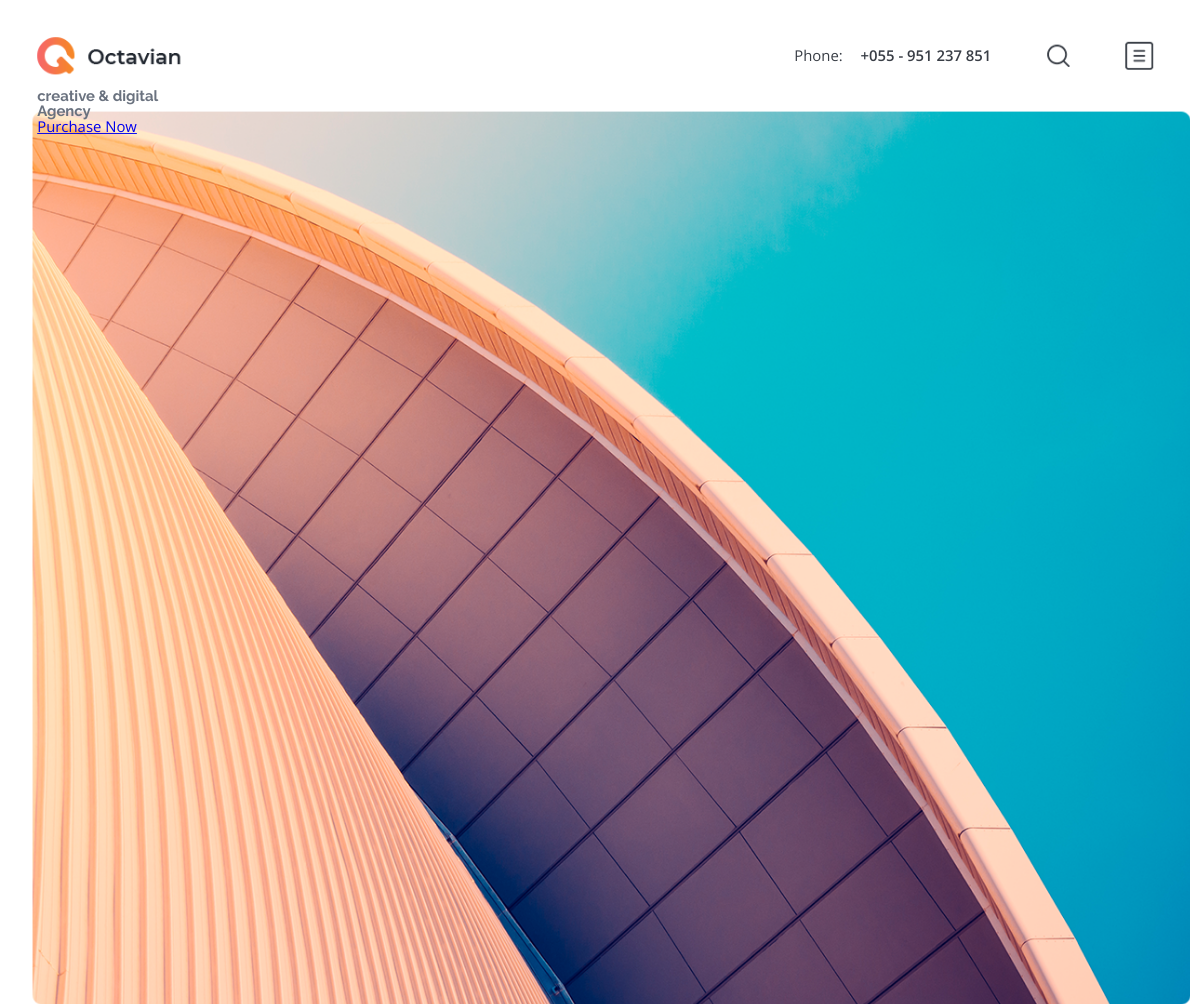
Repository: kate30980/LP-practiceoctavian
Page: index.html
These files come from the project's save history. The page is drawn as it stood at one moment and after the next save; the edit follows.
The browser window is 1280 px wide. The pictures show the whole page, at 93% of full size.
The style sheet was rebuilt from its Sass, Less or Tailwind sources for each picture, by a compiler version that may differ from the author's.

Above is the page before, as saved 2021-08-25 08:58:12.

### index.html
<!DOCTYPE html>
<html lang="en">

<head>
    <meta charset="UTF-8">
    <meta http-equiv="X-UA-Compatible" content="IE=edge">
    <meta name="viewport" content="width=device-width, initial-scale=1.0">
    <title>Octavian LP</title>
    <script type="module" src="https://unpkg.com/ionicons@5.5.2/dist/ionicons/ionicons.esm.js"></script>
    <script nomodule src="https://unpkg.com/ionicons@5.5.2/dist/ionicons/ionicons.js"></script>
    <link rel="preconnect" href="https://fonts.googleapis.com">
    <link rel="preconnect" href="https://fonts.gstatic.com" crossorigin>
    <link
        href="https://fonts.googleapis.com/css2?family=Open+Sans:wght@300;400;600;700&family=Raleway:wght@700;800&display=swap"
        rel="stylesheet">
    <link rel="stylesheet" href="css/app.css">
</head>

<body>
    <header class="header">
        <div class="container">
            <div class="header-main">
                <img src="./images/logo.png" alt="logo-header" class="header-logo">
                <div class="navigation">
                    <p class="header-phone">Phone: <span>+055 - 951 237 851</span></p>
                    <img src="./images/icon-search.png" alt="" class="icon-search">
                    <img src="./images/icon-bars.png" alt="" class="icon-toggle">
                </div>
            </div>
        </div>
    </header>
    <main>
        <section class="hero">
            <img src="./images/img1.png" alt="img-header" class="hero-image">
            <div class="container">
                <div class="hero-content">
                    <h2 class="hero-caption second-font">creative & digital</h2>
                    <h1 class="hero-heading second-font">Agency</h1>
                    <a href="#" class="hero-link">Purchase Now</a>
                </div>
            </div>
        </section>
    </main>
</body>

</html>

### sass/app.scss
@import "variables";
@import "reset";
@import "base";
@import "header";
@import "hero";

### sass/_variables.scss
$primary-font: "Open sans", sans-serif;
$secondary-font: "Raleway", sans-serif;
$gray: #393e46;
$gray-light: #6a727f;

### sass/_base.scss
body{
    font-family: $primary-font;
    font-size: 16px;
    line-height:1;
    color: $gray-light;
    max-width: 1920px;
    margin: 0 auto;
}
.container{
    max-width: 1200px;
    margin: 0 auto;
    padding:0 15px;
}
.second-font{
    font-family: $secondary-font;
}

### sass/_header.scss
.header{
    &-main{
         display: flex;
         justify-content: space-between;
         align-items: center;
         padding: 40px 0;
    }
    &-phone{
        color: $gray;
        font-weight: 300;
        span{
            font-weight: 600;
            margin-left: 15px;
        }
    }
}
.navigation{
    display: flex;
    align-items: center;
    gap: 0 60px;
}

### sass/_hero.scss
.hero{
    position: relative;
    &-image{
        position: absolute;
        right: 0;
    }
    &-content{
        position: absolute;
        top: 50%;
        transform: translateY(-50%);
        z-index: 2;
    }
}

Loaded but not shown: sass/_reset.scss (common file)

After the next save:
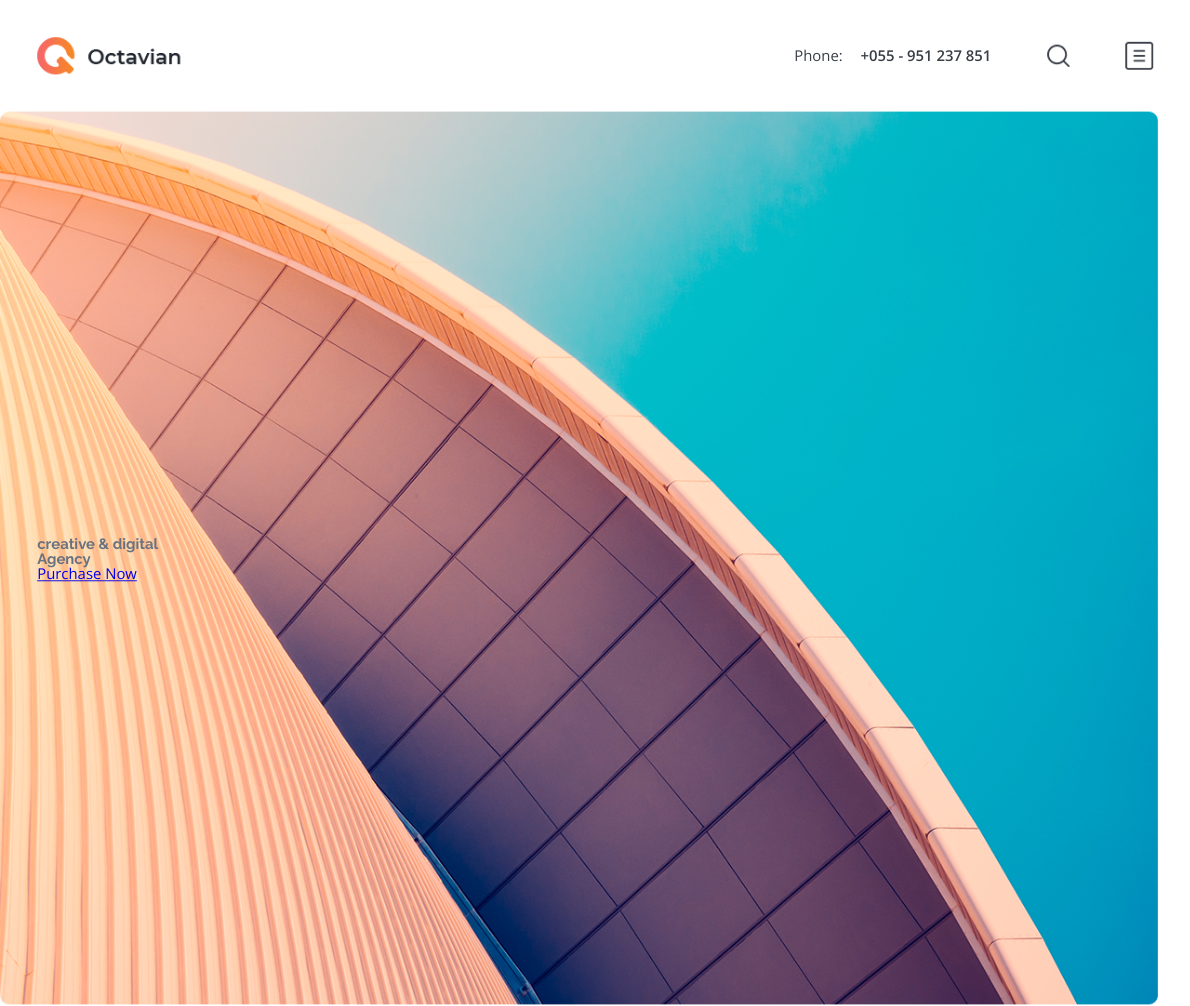
Saved 10 s later.
--- a/sass/_hero.scss
+++ b/sass/_hero.scss
@@ -1,8 +1,7 @@
 .hero{
     position: relative;
     &-image{
-        position: absolute;
-        right: 0;
+        margin-left: auto;
     }
     &-content{
         position: absolute;
